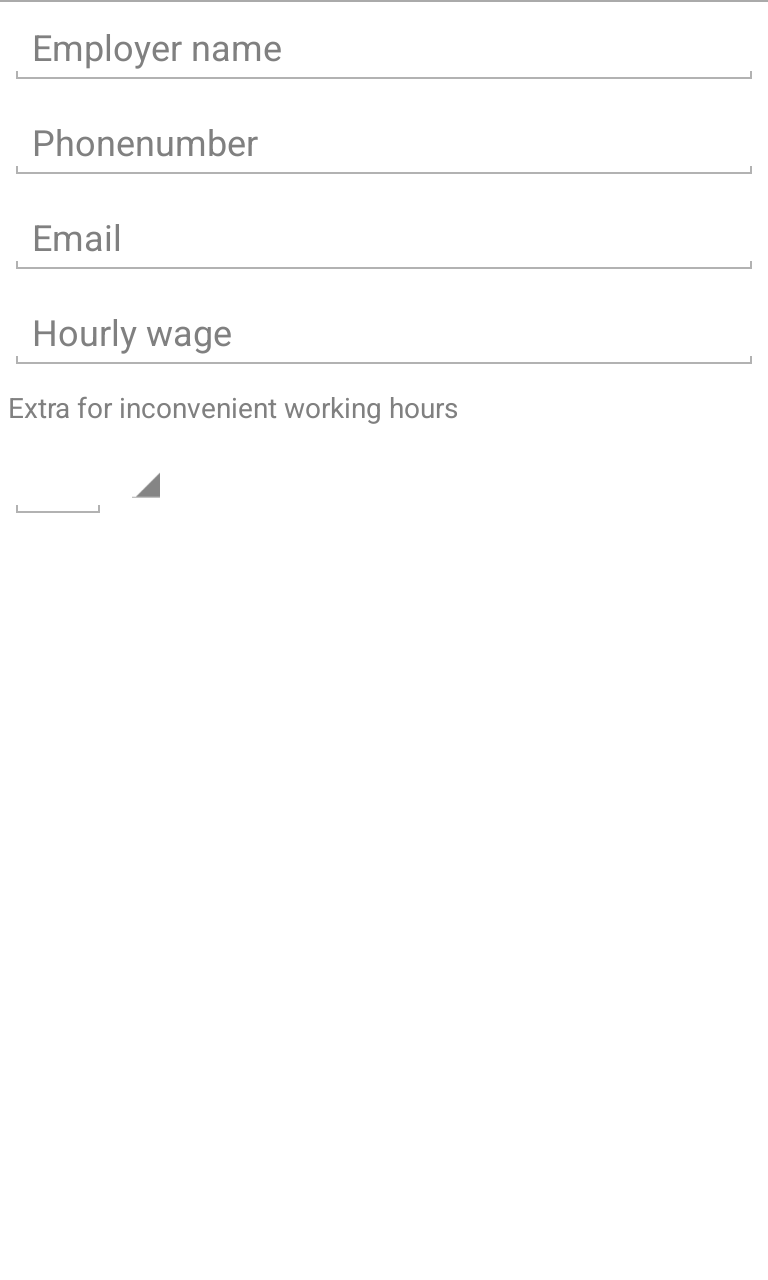
Repository: LudvigN/Hourly
Layout: Hourly/res/layout/add_emp_dialog.xml
An editor plug-in stored every save of this project. The layout is shown before and after the next save, followed by the edit.
It is drawn on a 768 x 1280 px phone screen (xhdpi) without system bars, with theme AppTheme; the app's code is not run.

Above is the layout before, as saved 2014-03-22 14:57:08.

### Hourly/res/layout/add_emp_dialog.xml
<?xml version="1.0" encoding="utf-8"?>
<RelativeLayout xmlns:android="http://schemas.android.com/apk/res/android"
    android:layout_width="match_parent"
    android:layout_height="match_parent"
    android:orientation="vertical" >

    <EditText
        android:id="@+id/dialog_txt_new_emp_name"
        android:layout_width="match_parent"
        android:layout_height="wrap_content"
        android:layout_margin="4dp"
        android:hint="@string/newEmpName"
        android:inputType="text"
        />
     <EditText
        android:id="@+id/dialog_txt_new_emp_phone"
        android:layout_width="match_parent"
        android:layout_height="wrap_content"
        android:layout_margin="4dp"
        android:inputType="phone"
        android:hint="@string/newEmpPhone"
        android:layout_below="@id/dialog_txt_new_emp_name"
        />
      <EditText
        android:id="@+id/dialog_txt_new_emp_email"
        android:layout_width="match_parent"
        android:layout_height="wrap_content"
        android:layout_margin="4dp"
        android:inputType="textEmailAddress"
        android:hint="@string/newEmpEmail"
        android:layout_below="@id/dialog_txt_new_emp_phone"
        />
      <View
    android:layout_width="fill_parent"
    android:layout_height="1dp"
    android:background="@android:color/darker_gray"/>
     <EditText
        android:id="@+id/dialog_txt_new_emp_salery"
        android:layout_width="match_parent"
        android:layout_height="wrap_content"
        android:layout_margin="4dp"
        android:inputType="number"
        android:hint="@string/newEmpSalery"
         android:layout_below="@id/dialog_txt_new_emp_email"
        />
     <View
    android:layout_width="fill_parent"
    android:layout_height="1dp"
    android:background="@android:color/darker_gray"/>
     <TextView
        android:id="@+id/dialog_tv_new_emp_ob"
        android:layout_width="match_parent"
        android:layout_height="wrap_content"
        android:layout_margin="4dp"
        android:hint="@string/newEmpOb"
        android:layout_below="@id/dialog_txt_new_emp_salery"

        />
     <EditText
        android:id="@+id/dialog_txt_new_emp_ob"
        android:layout_width="50dp"
        android:layout_height="wrap_content"
        android:layout_margin="4dp"
        android:inputType="number"
        android:layout_below="@id/dialog_tv_new_emp_ob"
        />
     <Spinner
         android:id="@+id/dialog_spin_rules"
         android:layout_width="wrap_content"
        android:layout_height="wrap_content"
        android:layout_margin="4dp"
         android:layout_below="@id/dialog_tv_new_emp_ob"
         android:layout_toRightOf="@id/dialog_txt_new_emp_ob"/>





</RelativeLayout>

### Hourly/res/values/strings.xml
<?xml version="1.0" encoding="utf-8"?>
<resources>

    <string name="app_name">Hourly</string>
    <string name="action_settings">Settings</string>
    <string-array name="actionbar_items">
        <item>Kalender</item>
        <item>Timrapport</item>
        <item>Arbetsgivare</item>
    </string-array>
     <string-array name="employers">
        <item>IKEA</item>
        <item>ICA</item>
        <item>Kenny</item>
    </string-array>


     <string name="newEmpName">Employer name</string>
     <string name="newEmpPhone"> Phonenumber</string>
     <string name="newEmpEmail"> Email</string>
     <string name="newEmpSalery">Hourly wage</string>
     <string name="newEmpOb">Extra for inconvenient working hours</string>

</resources>

Loaded but not shown: Hourly/res/values/styles.xml (common file); Hourly/res/values-v11/styles.xml (common file); Hourly/res/values-v14/styles.xml (common file)

After the next save:
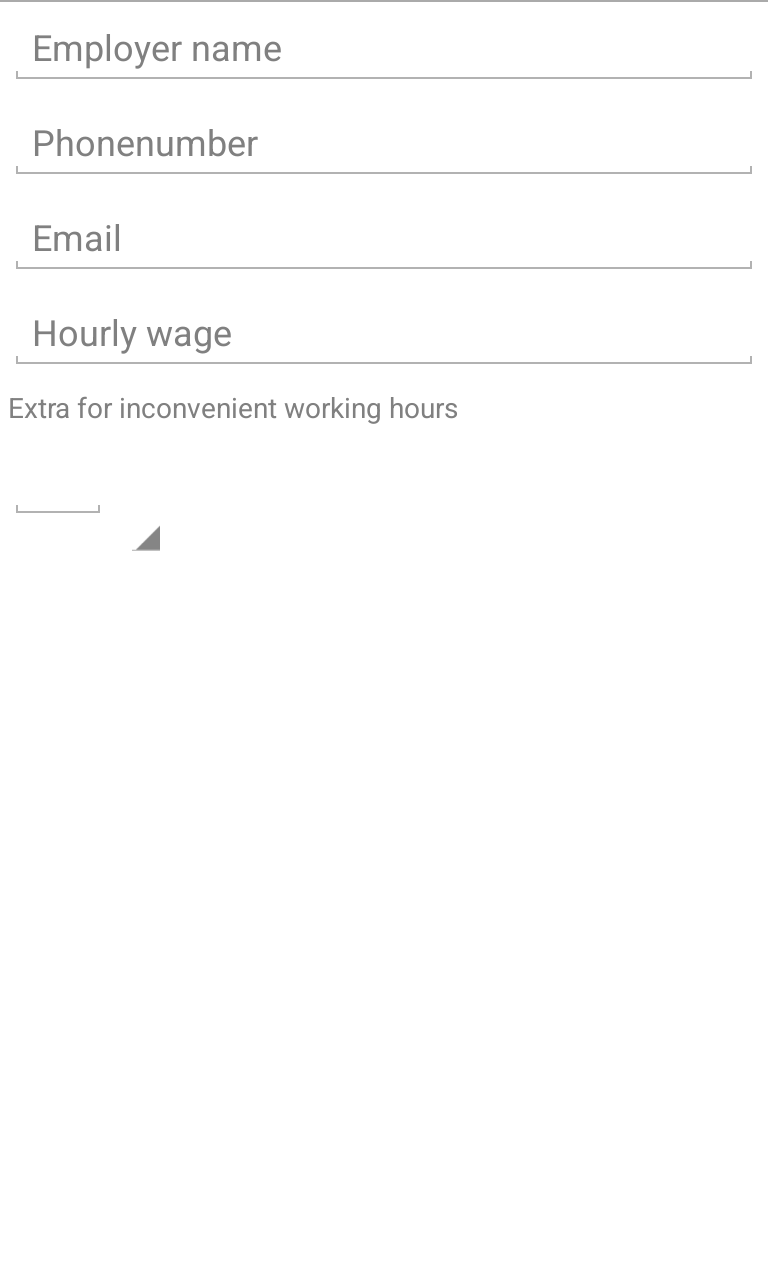
Saved 28 s later.
--- a/Hourly/res/layout/add_emp_dialog.xml
+++ b/Hourly/res/layout/add_emp_dialog.xml
@@ -70,7 +70,8 @@
         android:layout_height="wrap_content"
         android:layout_margin="4dp"
          android:layout_below="@id/dialog_tv_new_emp_ob"
-         android:layout_toRightOf="@id/dialog_txt_new_emp_ob"/>
+         android:layout_toRightOf="@id/dialog_txt_new_emp_ob"
+         android:layout_alignBaseline="@id/dialog_txt_new_emp_ob"/>
 
 
 
